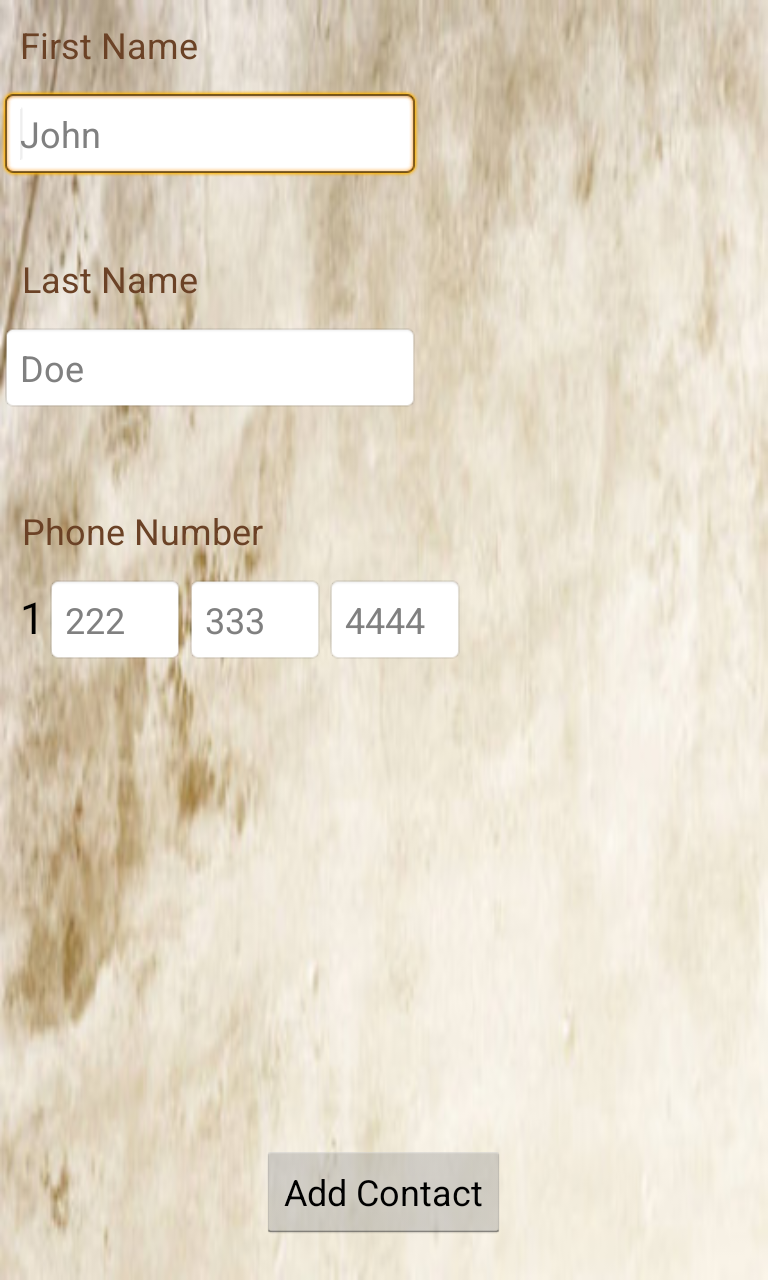
Repository: kenshiryu7/mdv-projects
Layout: Java_2/Java2_w3/res/layout/addview.xml
An editor plug-in stored every save of this project. The layout is shown before and after the next save, followed by the edit.
It is drawn on a 768 x 1280 px phone screen (xhdpi) without system bars, with theme AppTheme; the app's code is not run.

Above is the layout before, as saved 2012-12-04 05:05:05.

After the next save:
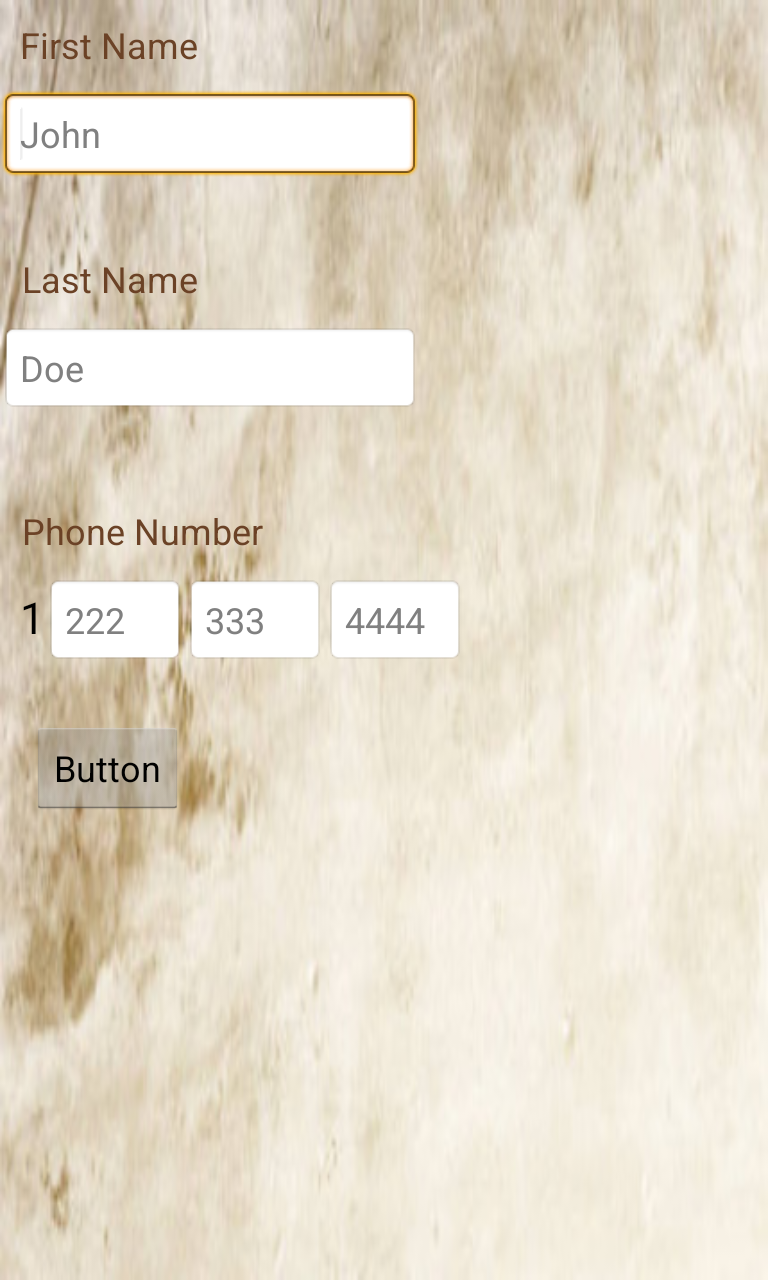
Saved 2 min 34 s later.
--- a/Java_2/Java2_w3/res/layout/addview.xml
+++ b/Java_2/Java2_w3/res/layout/addview.xml
@@ -5,17 +5,15 @@
     android:layout_height="match_parent"
     android:background="@drawable/row_bg" >
 
-
-
     <TextView
         android:id="@+id/textView1"
         android:layout_width="wrap_content"
         android:layout_height="wrap_content"
         android:layout_alignParentLeft="true"
         android:layout_alignParentTop="true"
+        android:padding="10dp"
         android:text="@string/main_name"
         android:textAppearance="?android:attr/textAppearanceMedium"
-        android:padding="10dp"
         android:textColor="#6B4226" />
 
     <EditText
@@ -35,8 +33,6 @@
         <requestFocus />
     </EditText>
 
-
-
     <TextView
         android:id="@+id/textView2"
         android:layout_width="wrap_content"
@@ -44,9 +40,9 @@
         android:layout_alignRight="@+id/textView1"
         android:layout_below="@+id/editName"
         android:layout_marginTop="28dp"
+        android:padding="10dp"
         android:text="@string/main_last"
         android:textAppearance="?android:attr/textAppearanceMedium"
-        android:padding="10dp"
         android:textColor="#6B4226" />
 
     <EditText
@@ -73,68 +69,66 @@
         android:textAppearance="?android:attr/textAppearanceMedium"
         android:textColor="#6B4226" />
 
-	<LinearLayout
-   		android:layout_width="match_parent"
-    	android:layout_height="wrap_content"
-    	android:layout_alignParentLeft="true"
-    	android:layout_below="@+id/textView3"
-    	android:padding="10dp"
-    	android:orientation="horizontal" >
+    <LinearLayout
+        android:id="@+id/linearLayout1"
+        android:layout_width="match_parent"
+        android:layout_height="wrap_content"
+        android:layout_alignParentLeft="true"
+        android:layout_below="@+id/textView3"
+        android:orientation="horizontal"
+        android:padding="10dp" >
 
-    	<TextView
-        	android:id="@+id/textView4"
-        	android:layout_width="wrap_content"
-        	android:layout_height="wrap_content"
-        	android:text="@string/one"
-        	android:textAppearance="?android:attr/textAppearanceLarge"
-        	android:textColor="#000000" />
+        <TextView
+            android:id="@+id/textView4"
+            android:layout_width="wrap_content"
+            android:layout_height="wrap_content"
+            android:text="@string/one"
+            android:textAppearance="?android:attr/textAppearanceLarge"
+            android:textColor="#000000" />
 
-    	<EditText
-        	android:id="@+id/editPhone"
-       	    android:layout_width="70dp"
-        	android:layout_height="wrap_content"
-       		android:background="@android:drawable/editbox_background"
-        	android:ems="10"
-        	android:hint="@string/phone_hint1"
-        	android:maxLength="3"
-        	android:inputType="phone"
-        	android:padding="10dp" />
+        <EditText
+            android:id="@+id/editPhone"
+            android:layout_width="70dp"
+            android:layout_height="wrap_content"
+            android:background="@android:drawable/editbox_background"
+            android:ems="10"
+            android:hint="@string/phone_hint1"
+            android:inputType="phone"
+            android:maxLength="3"
+            android:padding="10dp" />
 
-    	<EditText
-        	android:id="@+id/editPhone2"
-        	android:layout_width="70dp"
-        	android:layout_height="wrap_content"
-        	android:background="@android:drawable/editbox_background"
-        	android:ems="10"
-        	android:hint="@string/phone_hint2"
-        	android:maxLength="3"
-        	android:inputType="phone"
-        	android:padding="10dp" >
+        <EditText
+            android:id="@+id/editPhone2"
+            android:layout_width="70dp"
+            android:layout_height="wrap_content"
+            android:background="@android:drawable/editbox_background"
+            android:ems="10"
+            android:hint="@string/phone_hint2"
+            android:inputType="phone"
+            android:maxLength="3"
+            android:padding="10dp" >
+        </EditText>
 
+        <EditText
+            android:id="@+id/editPhone3"
+            android:layout_width="70dp"
+            android:layout_height="wrap_content"
+            android:background="@android:drawable/editbox_background"
+            android:ems="10"
+            android:hint="@string/phone_hint3"
+            android:inputType="phone"
+            android:maxLength="4"
+            android:padding="10dp" />
+    </LinearLayout>
 
-    	</EditText>
-
-    	<EditText
-        	android:id="@+id/editPhone3"
-        	android:layout_width="70dp"
-        	android:layout_height="wrap_content"
-        	android:background="@android:drawable/editbox_background"
-        	android:ems="10"
-        	android:hint="@string/phone_hint3"
-        	android:maxLength="4"
-        	android:inputType="phone"
-        	android:padding="10dp" />
-
-
-	</LinearLayout>
-
- 	<Button
- 	    android:id="@+id/sub_butt"
- 	    android:layout_width="wrap_content"
- 	    android:layout_height="wrap_content"
- 	    android:layout_alignParentBottom="true"
- 	    android:layout_centerHorizontal="true"
- 	    android:layout_margin="20dp"
- 	    android:text="@string/button_text" />
+    <Button
+        android:id="@+id/sub_butt"
+        android:layout_width="wrap_content"
+        android:layout_height="wrap_content"
+        android:layout_alignLeft="@+id/textView3"
+        android:layout_below="@+id/linearLayout1"
+        android:layout_marginLeft="14dp"
+        android:layout_marginTop="18dp"
+        android:text="Button" />
 
 </RelativeLayout>
